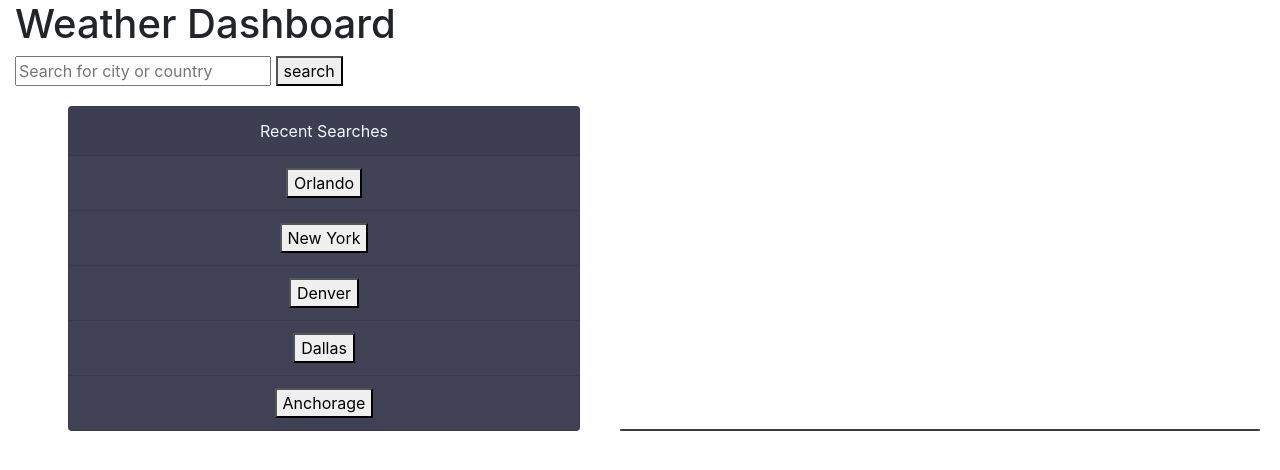
Repository: cobalt88/weather-forecast-app
Page: index.html
These files come from the project's save history. The page is drawn as it stood at one moment and after the next save; the edit follows.
The browser window is 1280 px wide. The pictures show the whole page.
The page's requests for data from a server got no answer. Some web libraries are served in a nearby version.

Above is the page before, as saved 2022-05-23 12:24:41.

After the next save:
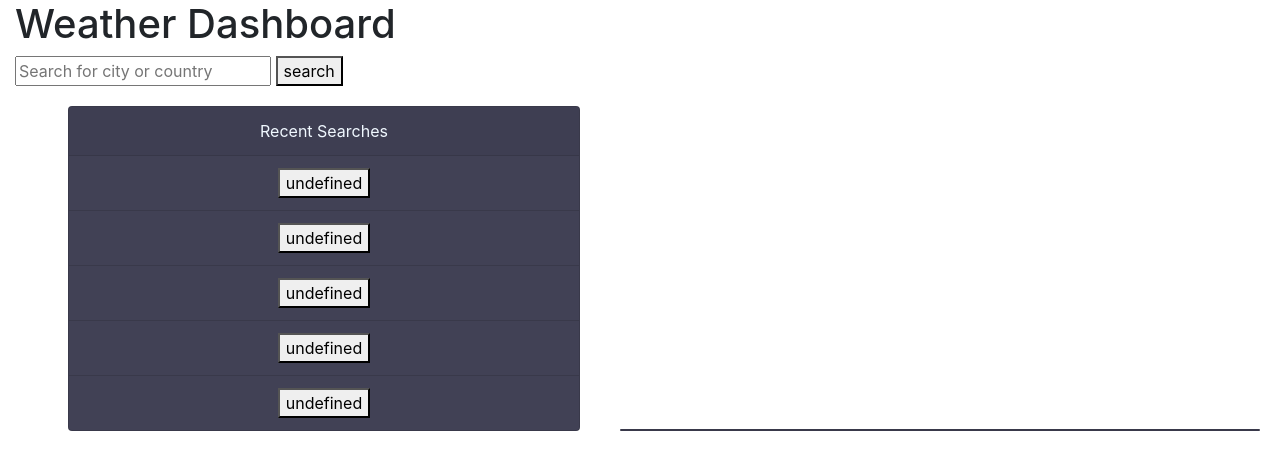
Saved 58 s later.
--- a/assets/logic_2.js
+++ b/assets/logic_2.js
@@ -9,7 +9,7 @@ var lon = '';
 var forecastContainer = document.getElementById('5-day-container');
 var currentDay = document.getElementById('today');
 const history = document.getElementById('history-container');
-const historyArr = ['Orlando', 'New York', 'Denver', 'Dallas', 'Anchorage'];
+const historyArr = [];
 
 function geoLocate() {
   var requestLocationUrl = `https://api.openweathermap.org/geo/1.0/direct?q=${searchInput}&limit=1&appid=${apiKey}`
@@ -146,7 +146,7 @@ const storage = async() => {
   let storage = []
   storedStuff = await JSON.parse(localStorage.getItem("cities"));
   if(storedStuff != undefined){
-     storage.push(...storedStuff);
+     historyArr.push(...storedStuff);
   }
 
   console.log(storage);
